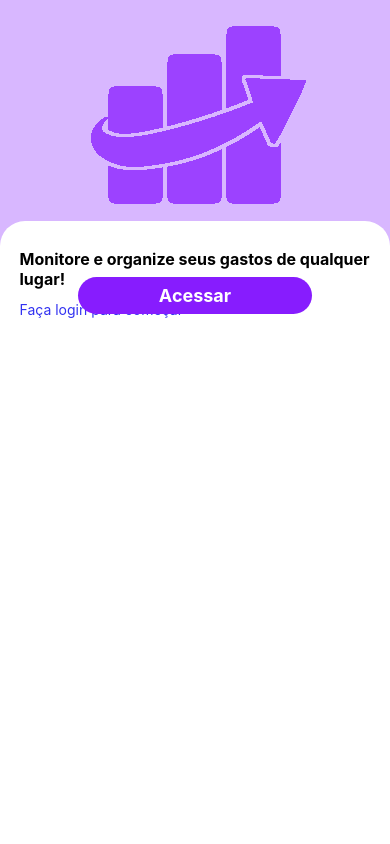
Repository: zz4fff/finance2
Page: /
An editor plug-in stored every save of this project. The page is shown before and after the next save, followed by the edit.
The browser window is 390 px wide. The pictures show the whole page.
The app was drawn by React Native's web renderer in a window 390 px wide. The project was rebuilt for these pictures with package versions that can differ from the ones it lists, and the page was loaded fresh each time. Some packages were replaced by stand-ins written for this rebuild.

Above is the page before, as saved 2026-04-17 20:05:30.

### App.js
import { StatusBar } from 'expo-status-bar';
import { StyleSheet, Text, View } from 'react-native';

import Welcome from './src/pages/Welcome';

export default function App() {
  return (
    <View>
      <Welcome />
    </View>
  );
}

const styles = StyleSheet.create({
  container: {
    flex: 1,
    backgroundColor: '#fff',
    alignItems: 'center',
    justifyContent: 'center',
  },
});

### src/pages/Welcome/index.js
import React from 'react';
import {
  View,
  Text,
  StyleSheet,
  TouchableOpacity,
} from 'react-native';

import * as Animatable from 'react-native-animatable';

export default function Welcome() {
  return (
    <View style={styles.container}>
      <View style={styles.containerLogo}>
        <Animatable.Image
          animation="flipInY"
          source={require('../../assets/logo.png')}
          style={{ width: '100%' }}
          resizeMode="contain"
        />
      </View>

      <Animatable.View
        delay={600}
        animation="fadeInUp"
        style={styles.containerForm}
      >
        <Text style={styles.title}>
          Monitore e organize seus gastos de qualquer lugar!
        </Text>
        <Text style={styles.text}>Faça login para começar</Text>
        <TouchableOpacity
          style={styles.button}
          onPress={() => console.log('press')}
        >
          <Text style={styles.buttonText}>Acessar</Text>
        </TouchableOpacity>
      </Animatable.View>
    </View>
  );
}

const styles = StyleSheet.create({
  container: {
    flex: 1,
    backgroundColor: '#d8b7ff',
  },

  containerLogo: {
    flex: 2,
    backgroundColor: '#d8b7ff',
    justifyContent: 'center',
    alignItems: 'center',
  },

  containerForm: {
    flex: 1,
    backgroundColor: '#fff',
    borderTopLeftRadius: 25,
    borderTopRightRadius: 25,
    paddingStart: '5%',
    paddingEnd: '5%',
  },

  title: {
    fontSize: 16,
    fontWeight: 'bold',
    marginTop: 28,
    marginBottom: 12,
  },

  text: {
    color: "#3232f1",
  },

  button: {
    position: 'absolute',
    backgroundColor: '#871cfe',
    borderRadius: 50,
    paddingVertical: 8,
    width: '60%',
    alignSelf: 'center',
    bottom: "15%",
    justifyContent: 'center',
    alignItems: 'center',
  },

  buttonText: {
    fontSize: 18,
    color: '#fff',
    fontWeight: 'bold',
  },
});

Loaded but not shown: index.js (common file)

After the next save:
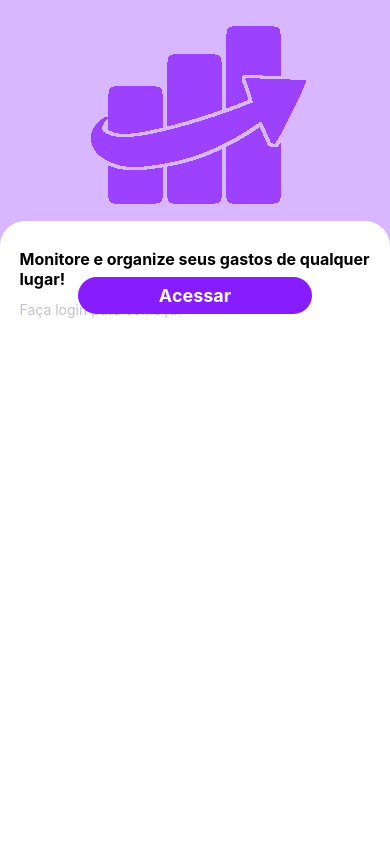
Saved 8 min 9 s later.
--- a/src/pages/Welcome/index.js
+++ b/src/pages/Welcome/index.js
@@ -70,7 +70,7 @@ const styles = StyleSheet.create({
   },
 
   text: {
-    color: "#3232f1",
+    color: "#c2c2d0",
   },
 
   button: {
